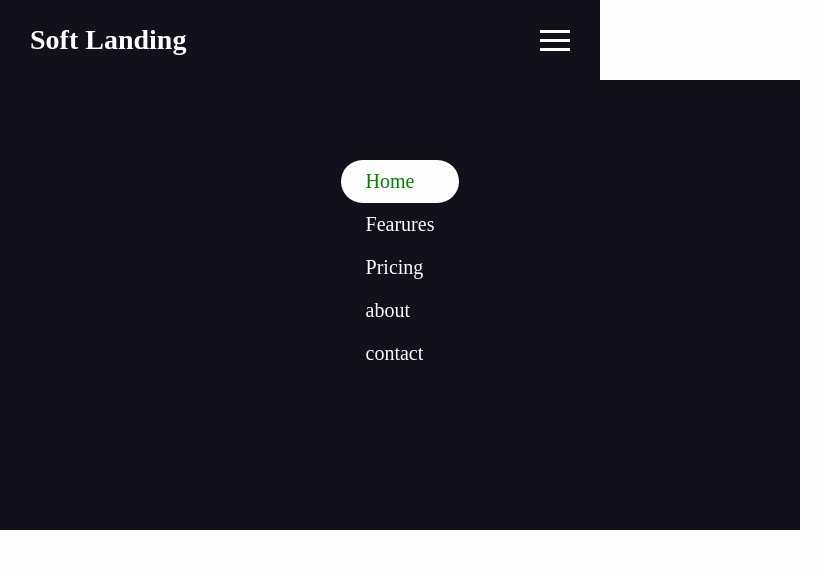
Repository: AMIT1439027/Gobbart-task
Page: index.html
An editor plug-in stored every save of this project. The page is shown before and after a run of saves, followed by the edit.
The browser window is 600 px wide. The page is 800 px wide, then 820 px, then 800 px, so the pictures cover 820 px, including what lies to the right of the window. The pictures show the whole page.

Above is the page before, as saved 2024-04-20 14:33:07.

### index.html
<!DOCTYPE html>
<html lang="en">
<head>
    <meta charset="UTF-8">
    <meta name="viewport" content="width=device-width, initial-scale=1.0">
    <title>Document</title>
    <link rel="stylesheet" href="style.css">
</head>
<body>
    <header>
        <div class="logo">Soft Landing</div>
        <div class="humburger">
            <div class="line"></div>
            <div class="line"></div>
            <div class="line"></div>
        </div>

        <nav class="nav-bar">
            <ul>
                <li>
                    <a href="" class="active">Home</a>
                </li>
                <li>
                    <a href="">Fearures</a>

                </li>
                <li>
                    <a href="">Pricing</a>

                </li>
                <li>
                    <a href="">about</a>
                </li>
                <li>
                    <a href="">contact</a>
                </li>
            </ul>
        </nav>
    </header>
</body>
</html>

### style.css
*{
    margin: 0;
    padding:0;
    list-style: none;
    text-decoration: none;
    font-family: Google Sans Regular;
    box-sizing:border-box;
}

body{
    background:#fefefe;

}

header{
    width: 100%;
    height: 80px;
    background:#11101b;
    display: flex;
    align-items: center;
    justify-content: space-between;
    padding: 0 100px;

}

.logo{
    font-size:28px;
    font-weight: bold;
    color:#fefefe;
}

.humburger{
    display: none;

}

.nav-bar ul{
 display: flex;
}

.nav-bar ul li a{
    display: block;
    color:#fefefe;
    font-size: 20px;
    padding: 10px 25px;
    border-radius:50px;
    transition: 0.2s;
    margin: 0 5px;

}

.nav-bar ul li a:hover{
    color:#11101b;
    background:#fefefe;
}

.nav-bar ul li a.active{
    color:green;
    background:#fefefe;

}

@media only screen and (max-width:1320px){
    header{
        padding: 0 50px;
    }
}

@media only screen and (max-width:1100px){
    header{
        padding: 0 30px;
    }
}

@media only screen and (max-width:700px){
   .humburger{
    display: block;
    cursor: pointer;
   }
   .humburger .line{
    width: 30px;
    height:3px;
    background:#fefefe;
    margin: 6px 0;
   }
   .nav-bar{
    height: 450px;
    /* display: none; */
    position: absolute;
    top: 80px;
    left: 0;
    right: 0;
    width: 100vh;
    background:#11101b;
    transition: 0.2s;

   }
   .nav-bar ul{
    display: block;
    width: fit-content;
    margin: 80px auto 0 auto;
   }
}

After the next 2 saves:
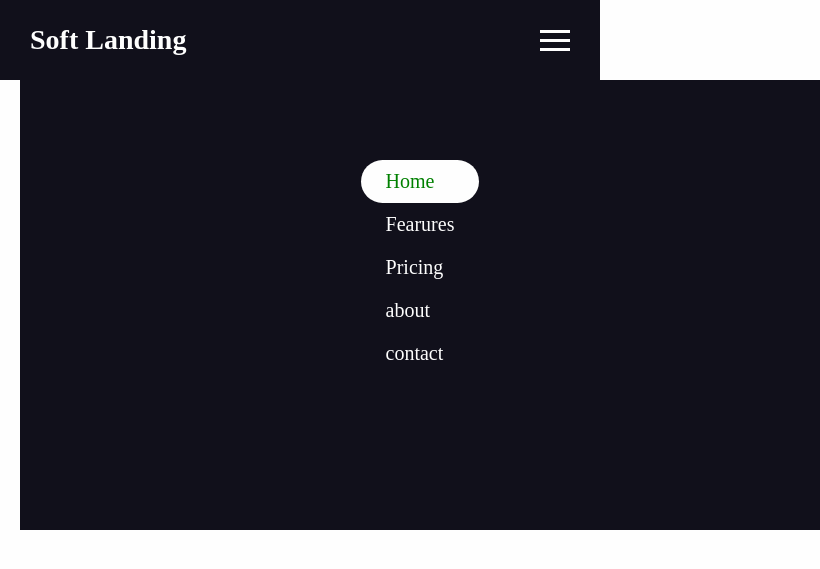
The 2 saves are shown as one change because they came seconds apart.
The last was saved 21 s later.
--- a/style.css
+++ b/style.css
@@ -88,7 +88,7 @@
     /* display: none; */
     position: absolute;
     top: 80px;
-    left: 0;
+    left: 20px;
     right: 0;
     width: 100vh;
     background:#11101b;

After the 2 saves that followed:
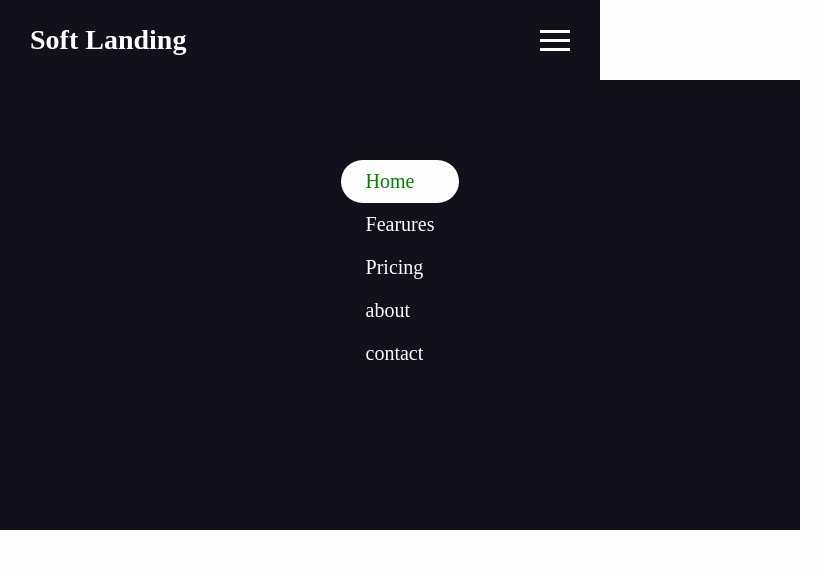
The 2 saves are shown as one change because they came seconds apart.
The last was saved 19 s later.
--- a/style.css
+++ b/style.css
@@ -88,8 +88,8 @@
     /* display: none; */
     position: absolute;
     top: 80px;
-    left: 20px;
-    right: 0;
+    left: 0px;
+    right: 500;
     width: 100vh;
     background:#11101b;
     transition: 0.2s;
